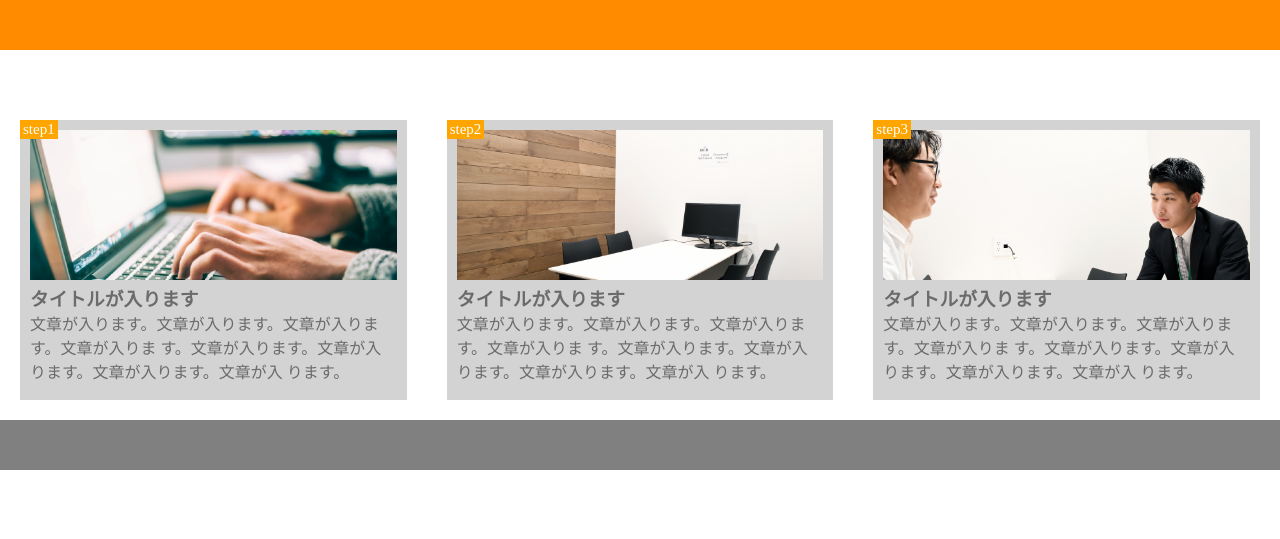
Repository: 220416/kadai1
Page: html/responsive.html
The author's editor kept a record of every edit. The page is drawn from the files as they stood at one moment, then again after the next edit.
The browser window is 1280 px wide. The pictures show the whole page.

Above is the page before.

### html/responsive.html
<!DOCTYPE html>
<html lang="ja">
  <head>
    <meta charset="UTF-8" />
    <meta name="viewport" content="width=device-width,initial-scale=1.0">
    <link rel="stylesheet" href="responsive.css" />
    <title>Responsive</title>
  </head>

  <body>
    <div class="container">
    <header></header>

    <main>
    <div class="main-visual">
      <img class="image" src="img/flow01.png">
      <p class="step"> step1 </p>
      <div class="main-visual-content">
        <h3 class ="ain-visual-text">タイトルが入ります</h3>
        <p class="main-visual-text">文章が入ります。文章が入ります。文章が入ります。文章が入りま
        す。文章が入ります。文章が入ります。文章が入ります。文章が入
        ります。</p>
      </div>
    </div>

    <div class="main-visual">
      <img class="image" src="img/flow02.png">
      <p class="step"> step2 </p>
      <div class="main-visual-content">
        <h3 class ="ain-visual-text">タイトルが入ります</h3>
        <p class="main-visual-text">文章が入ります。文章が入ります。文章が入ります。文章が入りま
        す。文章が入ります。文章が入ります。文章が入ります。文章が入
        ります。</p>
      </div>
    </div>

    <div class="main-visual">
      <img class="image" src="img/flow03.png">
      <p class="step"> step3 </p>
      <div class="main-visual-content">
        <h3 class ="ain-visual-text">タイトルが入ります</h3>
        <p class="main-visual-text">文章が入ります。文章が入ります。文章が入ります。文章が入りま
        す。文章が入ります。文章が入ります。文章が入ります。文章が入
        ります。</p>
      </div>
    </div>

    </main>

    <footer></footer>
    </div>
  </body>
</html>

### html/responsive.css
* {
  margin: 0;
  padding: 0;
  box-sizing: border-box;
  color: #6c6b6b;
}

a{
  text-decoration: none;
}

header{
  height: 50px;
  width:100%;
  background-color:#ff8c00;
}

main{
  width:100%;
  padding: 50px 0;
  display: inline-block;
  justify-content:center;
  text-align: left;
}

.main-visual{
  display: inline-block;
  height: 280px;
  width: 100%;
  padding:10px 10px;
  margin-bottom: 20px;
  background-color:#d3d3d3;
  position:relative;
}

.main-visual-text{
  flex-wrap:wrap;
}
.image{
  object-fit: cover;
  width:100%;
  height: 150px;
}

.step{
  position:absolute;
  top:0px;
  left:0px;
  padding: 1px 3px;
  font-size:15px;
  color: #fff;
  background-color:orange;
}

.container {
      position: relative;
      box-sizing: border-box;
}

footer {
    height: 50px;
    width: 100%;
    position: absolute;
    bottom: 0;
    background-color: grey;
}


@media screen and (min-width:768px){
  main {
         display: flex;
     }

  .main-visual{
    display: block;
    margin:20px ;
    padding-bottom:20px ;
  }
}

After the next edit:
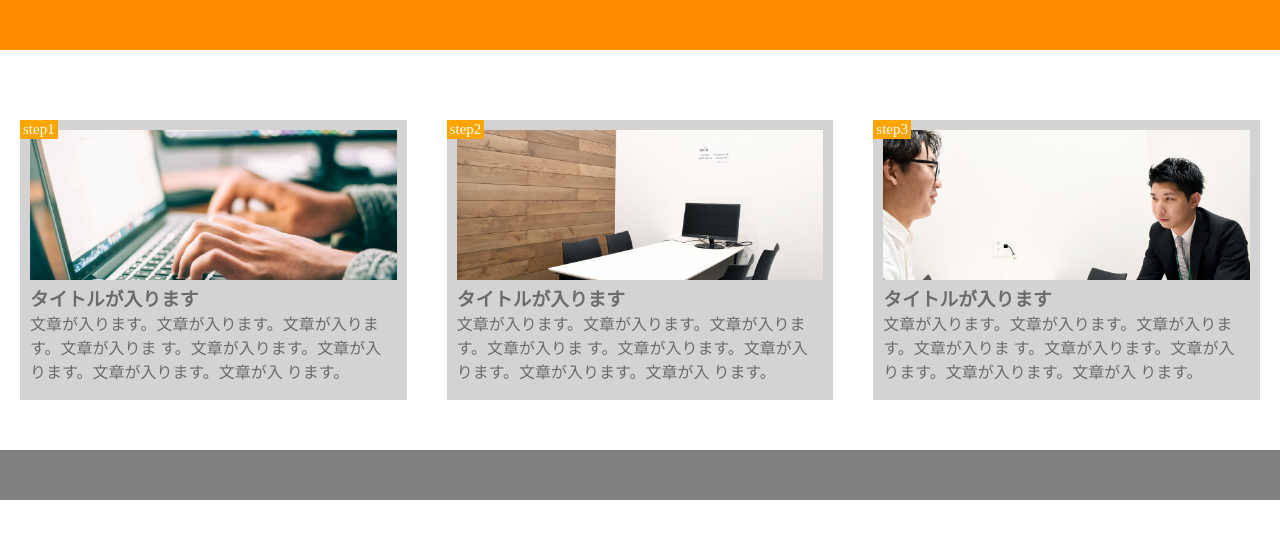
The edit:
--- a/html/responsive.css
+++ b/html/responsive.css
@@ -17,7 +17,8 @@
 
 main{
   width:100%;
-  padding: 50px 0;
+  padding-top: 50px;
+  padding-bottom:80px;
   display: inline-block;
   justify-content:center;
   text-align: left;
